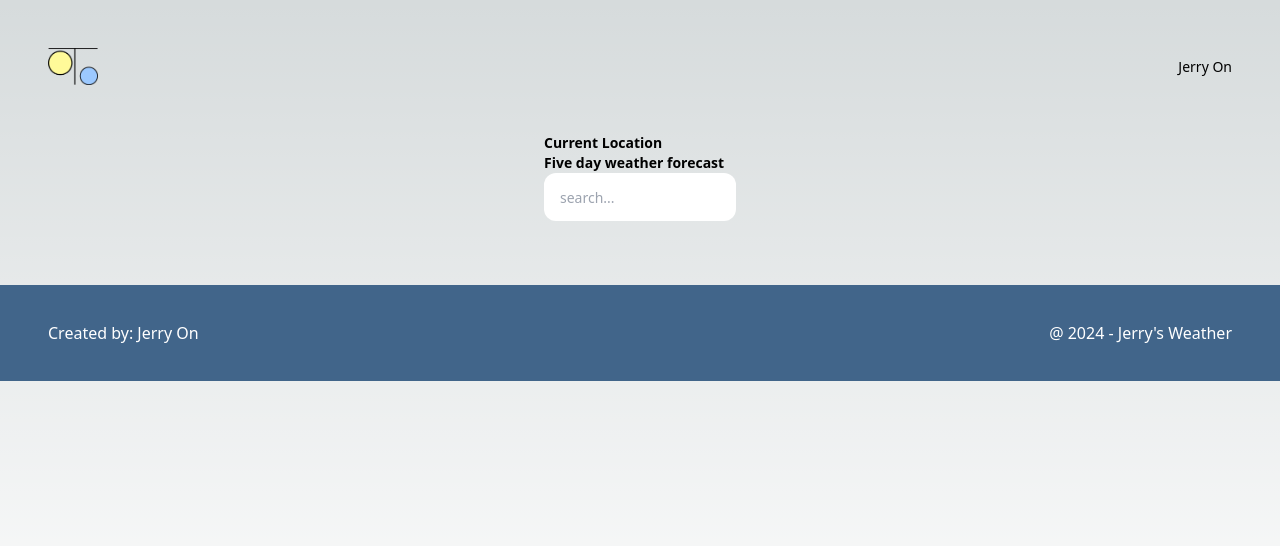
Repository: JerryWuOn/weatherAppMid
Page: /
An editor plug-in stored every save of this project. The page is shown before and after the next save, followed by the edit.
The browser window is 1280 px wide. The pictures show the whole page.
The project was rebuilt for these pictures with package versions that can differ from the ones it lists, and the page was loaded fresh each time. The framework's server and built-in components were replaced by stand-ins that run in the browser. Also part of the build but not shown: next.config.mjs.

Above is the page before, as saved 2024-02-12 19:04:32.

### src/pages/index.tsx

import Header from "@/components/Header";
import Footer from "@/components/Footer";
import { useState} from "react";

export default function Home() {
  const [data,setData] = useState<IWeather | null>(null);
  const [forcast,setForcast] = useState<IForecast| null>(null);

  const [city, setCity] = useState('');

    const handleLocation = (jerry) => {
        setCity(jerry.target.value);
    }

    const formatDate = (timestamp) => {
      return new Date(timestamp * 1000).toLocaleDateString('en-Ca', {
        year: 'numeric',
        month: 'long',
        day: 'numeric',
      });
    };

    const handleSubmit = (jerry) => {
        jerry.preventDefault();
        const apiKey = "fa86376a0b2615057a19374755185488"
        const API_URL = `https://api.openweathermap.org/data/2.5/weather?q=${city}&units=metric&appid=${apiKey}`
        const API_fiveDay = `https://api.openweathermap.org/data/2.5/forecast?q=${city}&units=metric&appid=${apiKey}`


      fetch(API_URL)
      .then(response => response.json())
      .then(response => {
        console.log(response);
        setData(response);
      })
      .catch(err => {
        console.log(err);
      })

      fetch(API_fiveDay)
      .then(response => response.json())
      .then(response => {
        console.log(response);
        setForcast(response);
      })
      .catch(err => {
        console.log(err);
      })
      setCity('');
    }



  return (
    <main className="flex flex-col min-h-screen w-full">
      <div className="flex flex-col w-5xl justify-between w-full items-center  text-sm ">
        <div className="flex flex-row w-full items-center justify-between gap-x-4 p-12">
          <Header></Header>
        </div>
        <div className="flex flex-col">
          <div className="font-bold">Current Location</div>
          <div className="font-bold">Five day weather forecast</div>
          <form onSubmit={handleSubmit}>
            <input className="rounded-xl h-12 w-48 p-4" type="text" placeholder="search..." value={city} onChange={handleLocation}/>
          </form>

          {data && data.main && data.weather && data.wind && data.dt &&(
            <div>
              {data.weather.map((d, index)=> (
                <div key={index}>
                  <h1>Weather: {d.main}</h1>
                </div>
              ))}
              <h1>Temperature: {data.main.temp}</h1>
              <h1>Wind: {data.wind.speed}</h1>
              <h1>Date: {formatDate(data.dt)}</h1>
            </div>
          )}

          {forcast && forcast.list && (
            <div>
              {forcast.list.slice(0,1).map((d, index)=> (
                <div key={index}>
                  <h1>Temp: {d.main.temp.toFixed(1)}</h1>
                  {d.weather.map((d, index)=> (
                <div key={index}>
                  <h1>Weather: {d.main}</h1>
                </div>
              ))}
              {d.weather.map((d, index)=> (
                <div key={index}>
                  <h1>Description: {d.description}</h1>
                </div>
              ))}
                </div>
              ))}

            </div>
          )}

        </div>
        </div>

        <div className="flex bg-footer w-full bg-fixed text-white mt-16 px-12">
          <div className="flex h-24 w-full items-center justify-between">
            <Footer/>
          </div>
        </div>

    </main>
  );
}

### src/components/Header/index.tsx
import { useState } from "react"
import Image from "next/image"

import Logo from "../../../public/images/jerryWeather.png"


export default function Header(){
    return (
        <div className="flex w-full">
            <div className="flex flex-row w-full items-center justify-between gap-x-4 ">
                <div className="flex justify-between">
                    <Image src={Logo} alt="logo" width={50} height={50}/>
                </div>
                <div className="flex justify-between">
                    <h1>Jerry On</h1>
                </div>
            </div>
        </div>
    )
}

### src/components/Footer/index.tsx
export default function Footer(){
    return (
        <div className="flex w-full items-center ">
            <div className="flex w-full items-center justify-between">
                <div className="flex px-18">
                    Created by: Jerry On
                </div>
                <div className="flex px-18">
                    @ 2024 - Jerry's Weather
                </div>
            </div>
        </div>
    )
}

### tailwind.config.ts
import type { Config } from "tailwindcss";

const config: Config = {
  content: [
    "./src/pages/**/*.{js,ts,jsx,tsx,mdx}",
    "./src/components/**/*.{js,ts,jsx,tsx,mdx}",
    "./src/app/**/*.{js,ts,jsx,tsx,mdx}",
  ],
  theme: {
    colors: {
      'footer' : '#41658A',
      'white' : '#FFFFFF'
    },
    extend: {
      backgroundImage: {
        "gradient-radial": "radial-gradient(var(--tw-gradient-stops))",
        "gradient-conic":
          "conic-gradient(from 180deg at 50% 50%, var(--tw-gradient-stops))",
      },
    },
  },
  plugins: [],
};
export default config;

Loaded but not shown: src/pages/_app.tsx (common file); src/pages/_document.tsx (common file); src/styles/globals.css (common file)

After the next save:
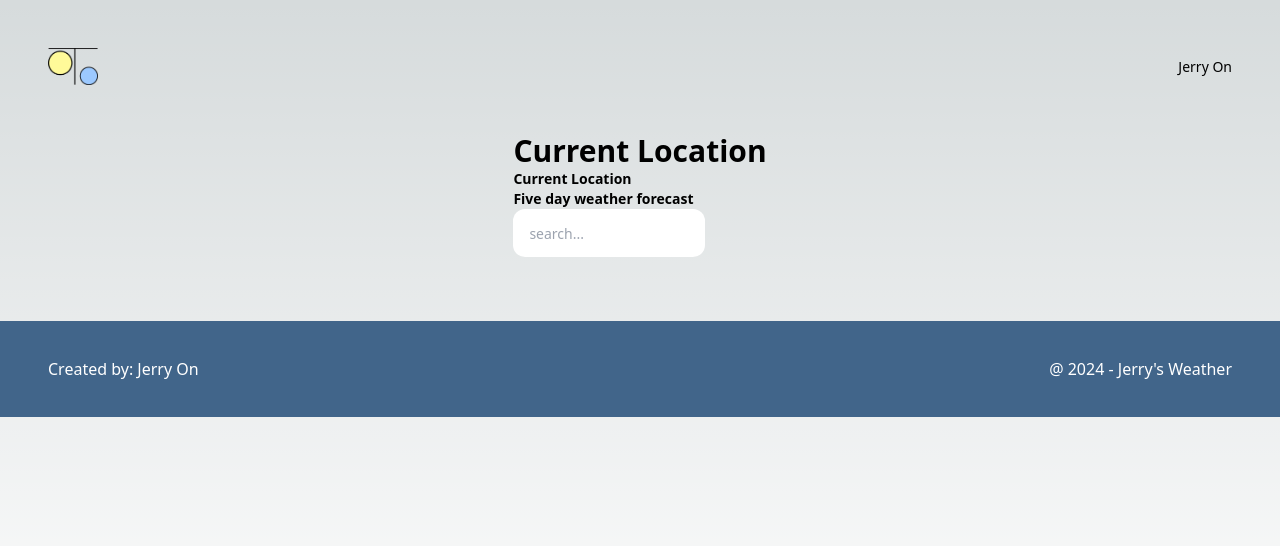
Saved 46 s later.
--- a/src/pages/index.tsx
+++ b/src/pages/index.tsx
@@ -59,6 +59,7 @@ export default function Home() {
           <Header></Header>
         </div>
         <div className="flex flex-col">
+          <div className="font-bold text-3xl">Current Location</div>
           <div className="font-bold">Current Location</div>
           <div className="font-bold">Five day weather forecast</div>
           <form onSubmit={handleSubmit}>
